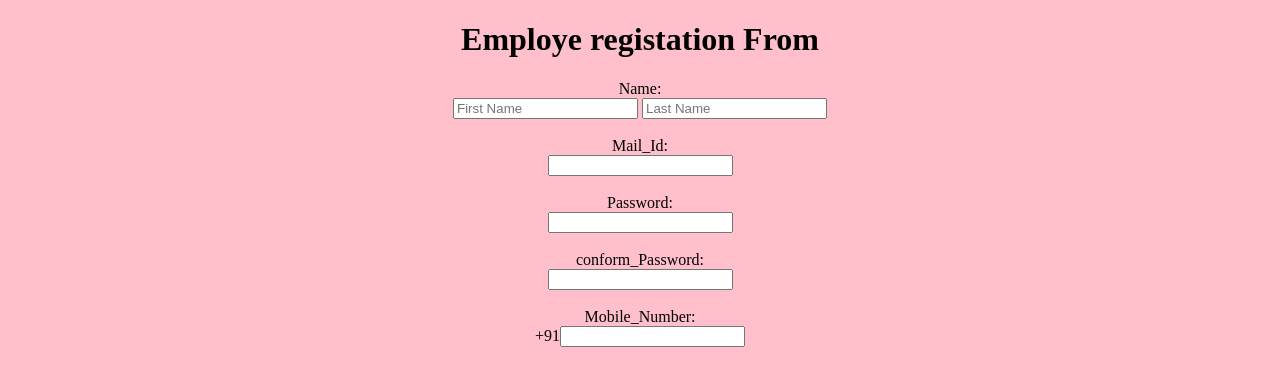
Repository: AbubakarShaik/Java_J2EE_Project
Page: http://localhost/com.testprojectServlet/Registration.jsp
An editor plug-in stored every save of this project. The page is shown before and after the next save, followed by the edit.
The browser window is 1280 px wide. The pictures show the whole page.
The page is served by Tomcat 9.

Above is the page before, as saved 2016-12-20 17:26:25.

After the next save:
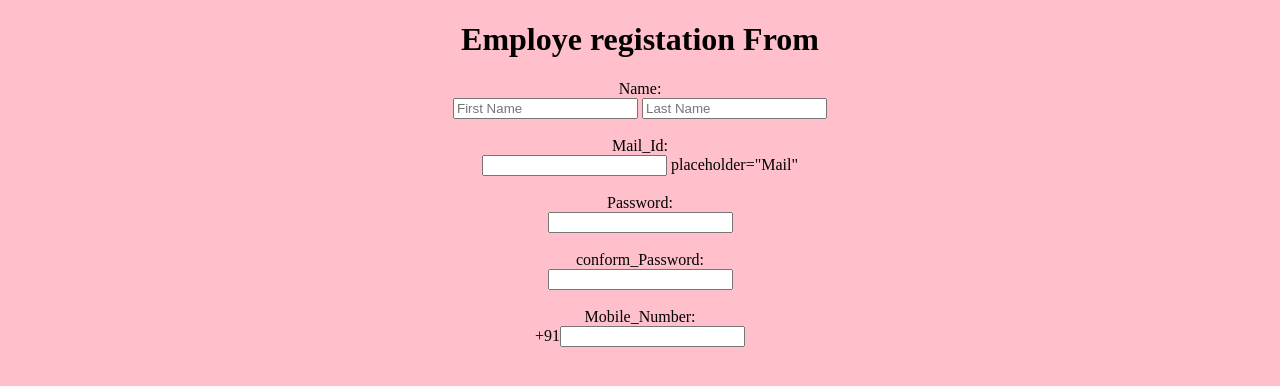
Saved 72 s later.
--- a/com.testprojectServlet/WebContent/Registration.jsp
+++ b/com.testprojectServlet/WebContent/Registration.jsp
@@ -17,7 +17,7 @@ Name:<br><input type="text" name="firstName" placeholder="First Name"> <input ty
 
 <br>
 Mail_Id:<br>
-<input type="text" name="Mail Id" >
+<input type="text" name="Mail Id" > placeholder="Mail"
 <br>
 
 <br>
